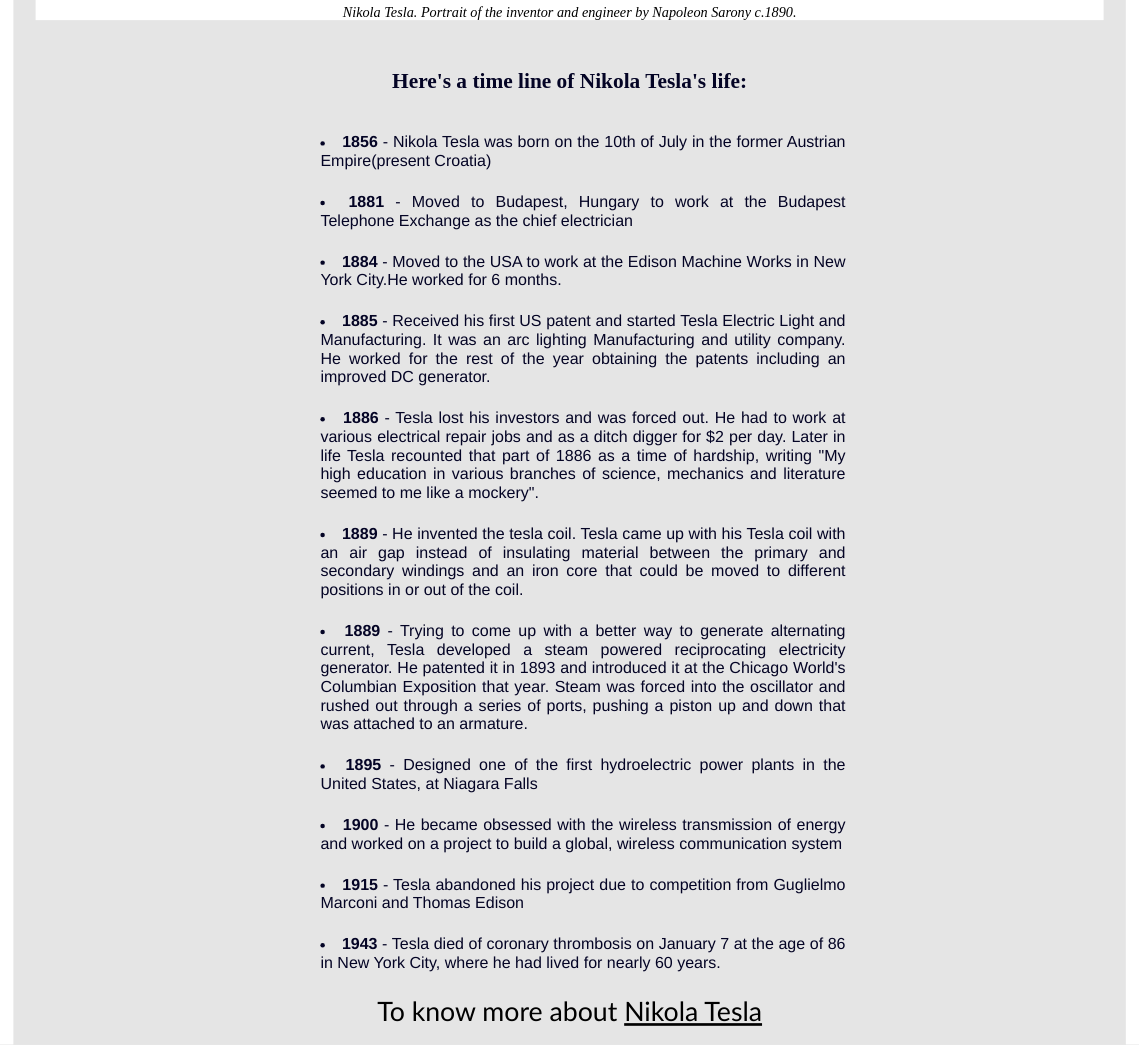
Repository: Avishka217/Tribute-Page
Page: index.html
The author's editor kept a copy of each file at every save. The page is drawn from the files as they stood at one save, then again after the next save.
The browser window is 1280 px wide. The pictures show the part of the page from y = 576 to 1750 px (the page is 1750 px tall), at 89% of full size.
A picture or video elsewhere on the page could not be fetched, so the positions and the page height are approximate.

Above is the page before, as saved 2020-03-18 20:06:44.

### index.html
<!DOCTYPE html>
<html>

<head>
    <link rel="stylesheet" href="styles.css">
    <link href="https://fonts.googleapis.com/css?family=Libre+Baskerville&display=swap" rel="stylesheet">
    <title>Nikola Tesla | Tribute Page</title>
</head>

<body>
    <div id="header">
        <script src="https://cdn.freecodecamp.org/testable-projects-fcc/v1/bundle.js"></script>
    </div>
    <main id="main">
        <div id="title-content">
            <h1 id="title">NIKOLA TESLA</h1>
            <p>The Man who invented the Twentieth Century</p>
        </div>
        <div id="main-content">
            <figure id="img-div">
                <center><img id="image" src="https://www.hands-free.co.uk/wp-content/uploads/2018/06/nikola-tesla.jpg">
                </center>
                <figcaption id="img-caption">Nikola Tesla. Portrait of the inventor and engineer by Napoleon Sarony
                    c.1890.</figcaption>
            </figure>

        </div>
        <div id="tribute-info">
            <h2>Here's a time line of Nikola Tesla's life:</h2>

            <ul id="lists">
                <li><b>1856</b> - Nikola Tesla was born on the 10th of July in the former Austrian Empire(present
                    Croatia)</li>
                <li><b>1881</b> - Moved to Budapest, Hungary to work at the Budapest Telephone Exchange as the chief
                    electrician</li>
                <li><b>1884</b> - Moved to the USA to work at the Edison Machine Works in New York City.He worked for 6
                    months.
                </li>
                <li><b>1885</b> - Received his first US patent and started Tesla Electric Light and Manufacturing. It
                    was an arc lighting Manufacturing
                    and utility company. He worked for the rest of the year obtaining the patents including an improved
                    DC generator.</li>
                <li><b>1886</b> - Tesla lost his investors and was forced out. He had to work at various electrical
                    repair jobs and as a ditch digger for $2 per day. Later in life Tesla recounted that part of 1886 as
                    a time of hardship, writing "My high education in various branches of science, mechanics and
                    literature seemed to me like a mockery".</li>
                <li><b>1889</b> - He invented the tesla coil. Tesla came up with his Tesla coil with an air gap instead
                    of insulating material between the primary and secondary windings and an iron core that could be
                    moved to different positions in or out of the coil.</li>
                <li><b>1889</b> - Trying to come up with a better way to generate alternating current, Tesla developed a
                    steam
                    powered reciprocating electricity generator. He patented it in 1893 and introduced it at the Chicago
                    World's
                    Columbian Exposition that year. Steam was forced into the oscillator and rushed out through a series
                    of ports,
                    pushing a piston up and down that was attached to an armature.</li>
                <li><b>1895</b> - Designed one of the first hydroelectric power plants in the United States, at Niagara
                    Falls</li>
                <li><b>1900</b> - He became obsessed with the wireless transmission of energy and worked on a project to
                    build a global, wireless communication system</li>
                <li><b>1915</b> - Tesla abandoned his project due to competition from Guglielmo Marconi and Thomas
                    Edison</li>
                <li><b>1943</b> - Tesla died of coronary thrombosis on January 7 at the age of 86 in New York City,
                    where he had lived for nearly 60 years. </li>
            </ul>
            <a id="tribute-link" target="_blank" href="https://en.wikipedia.org/wiki/Nikola_Tesla">To know more about
                <u>Nikola Tesla</u></a>
        </div>
    </main>

</body>

</html>

### styles.css
body{
  overflow-x: hidden;
  margin: 0 auto;
  width: 100%;
}
#header{
width: 100%;
  background-color:hsl(240, 80%, 8%);
  height: 60px;


}

#main{
  display: block;

  position: absolute;
  right: 0;
  left: 0;
  margin: 0px 15px;
  padding-top: 10px;
  background-color: rgb(0, 0, 0, 0.1);
  text-align: center;
  padding-bottom: 20px;
  margin-bottom: 40px;

}

#title-content{
  padding-top:  25px;
  text-align: center;
}
#title-content p{
  font-family: Helvetica, sans-serif
}
#main-content{
  padding-top: 30px;
  margin: 25px;
  background-color:white;
}

#title{
  position: relative;
  font-family:'Libre Baskerville', serif;
  font-size: 30px;
  text-align: center;
  margin-top: 15px;;

}


#image{
  display: block;
  max-width: 100%;
  height: auto;
  margin-bottom: 25px;

}
@media(min-width: 525px){
  #image{
    width:400px;
  }
}

#img-caption{
  text-align: center;
  font-style: italic;
}



#tribute-info{

  color: hsl(240, 80%, 8%);
  display: block;
  width: 100%;
  position: relative;
  text-align: center;
  list-style-position: inside;



}
#tribute-info h2{
  padding-top: 30px;
}
#tribute-info ul{

  font-family: Helvetica;
  font-size: 18px;
  display: block;
  padding-top: 25px;
  padding-right: 10px;;
  width:590px;
  margin: auto;
  text-align: justify;

}
@media(max-width: 800px){
  #tribute-info  ul{
    width:auto;
  }
}
#tribute-info  li{


  margin-bottom: 25px;
}

#tribute-link{
  text-decoration: none;
  color: black;
  font-size: 30px;
  font-family: Calibri;
}

After the next save:
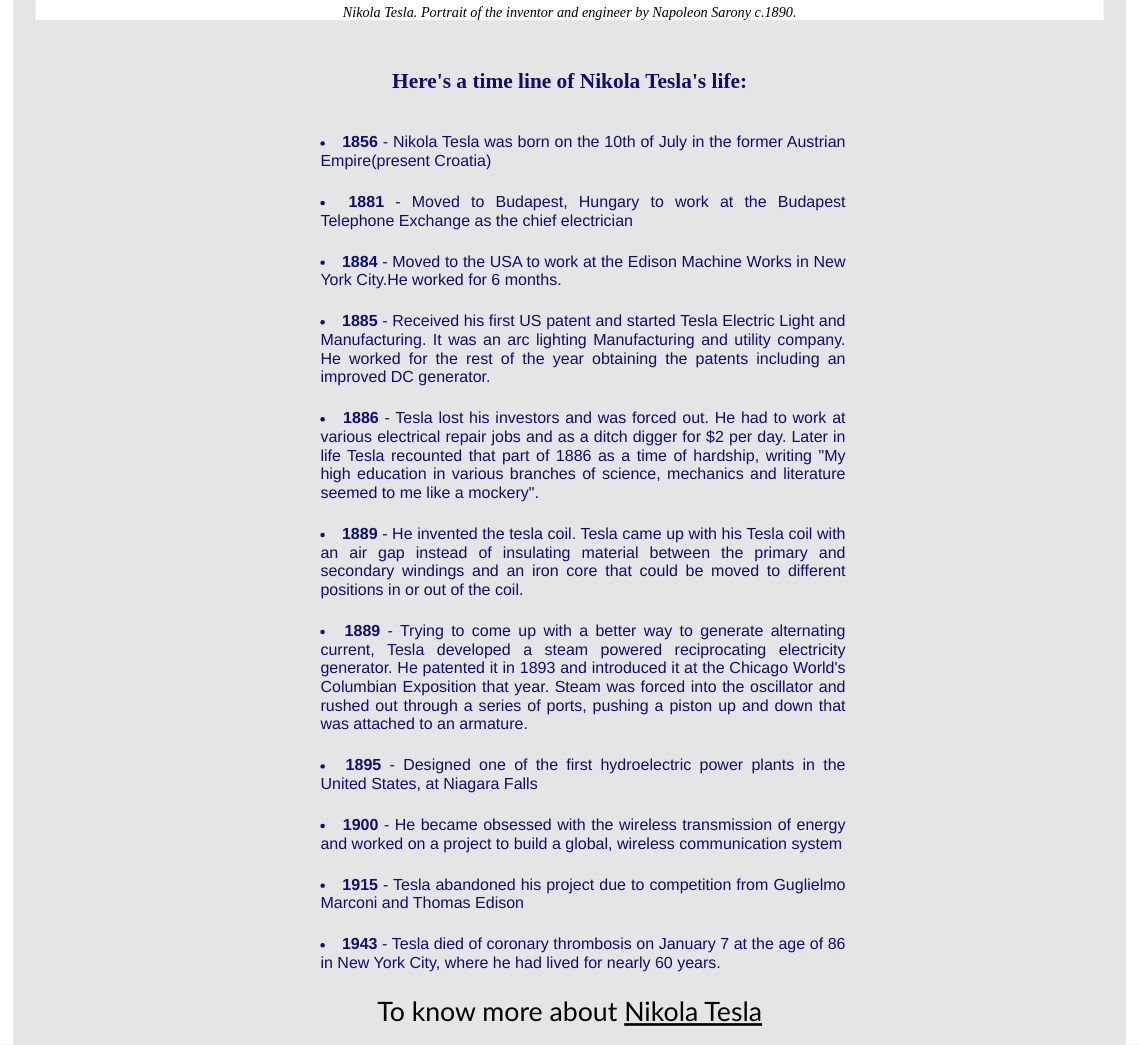
Saved 11 s later.
--- a/styles.css
+++ b/styles.css
@@ -71,7 +71,7 @@
 
 #tribute-info{
 
-  color: hsl(240, 80%, 8%);
+  color: hsl(240, 80%, 25%);
   display: block;
   width: 100%;
   position: relative;
